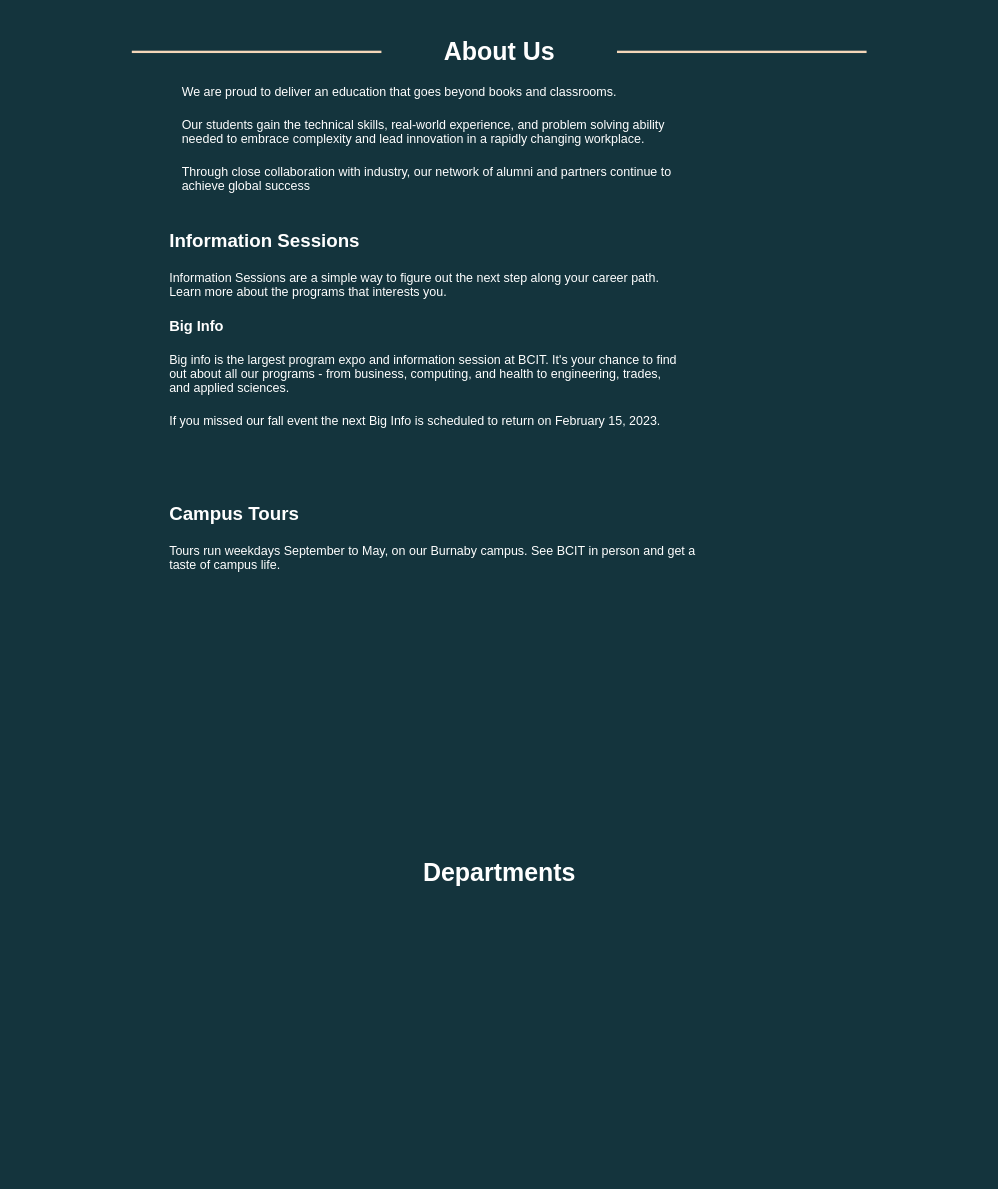
Repository: jennydmcm/assignment-1-playwright-site-A01338943
Page: /about
The author's editor kept a copy of each file at every save. The page is drawn from the files as they stood at one save, then again after the next save.
The browser window is 1280 px wide. The pictures show the whole page, at 78% of full size.
The project was rebuilt for these pictures with package versions that can differ from the ones it lists, and the page was loaded fresh each time. The framework's server and built-in components were replaced by stand-ins that run in the browser. Also part of the build but not shown: next.config.js.

Above is the page before, as saved 2023-02-08 13:45:52.

After the next save:
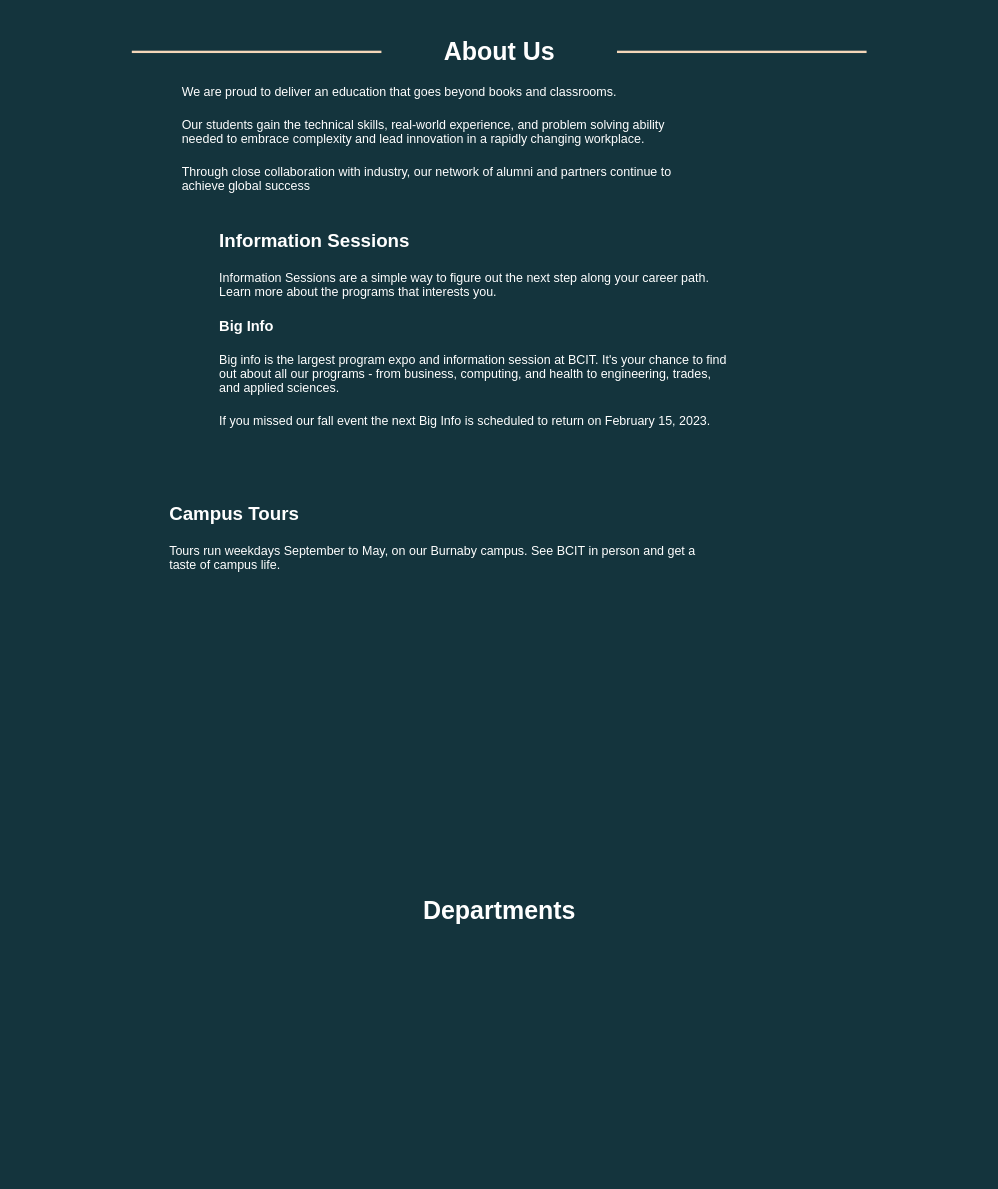
Saved 72 s later.
--- a/pages/about.js
+++ b/pages/about.js
@@ -44,26 +44,27 @@ export default function Home() {
                 and partners continue to <br></br>
                 achieve global success
               </p>
-            </div>
-            <div className={styles.infosesh}>
-              <h2>Information Sessions</h2>
-              <p className={styles.mainText}>
-                Information Sessions are a simple way to figure out the next
-                step along your career path. <br></br>
-                Learn more about the programs that interests you.
-              </p>
-              <h3 className={styles.bigInfo}>Big Info</h3>
-              <p className={styles.mainText}>
-                Big info is the largest program expo and information session at
-                BCIT. It's your chance to find<br></br>
-                out about all our programs - from business, computing, and
-                health to engineering, trades,<br></br>
-                and applied sciences.
-              </p>
-              <p className={styles.mainText}>
-                If you missed our fall event the next Big Info is scheduled to
-                return on February 15, 2023.
-              </p>
+
+              <div className={styles.infosesh}>
+                <h2>Information Sessions</h2>
+                <p className={styles.mainText}>
+                  Information Sessions are a simple way to figure out the next
+                  step along your career path. <br></br>
+                  Learn more about the programs that interests you.
+                </p>
+                <h3 className={styles.bigInfo}>Big Info</h3>
+                <p className={styles.mainText}>
+                  Big info is the largest program expo and information session
+                  at BCIT. It's your chance to find<br></br>
+                  out about all our programs - from business, computing, and
+                  health to engineering, trades,<br></br>
+                  and applied sciences.
+                </p>
+                <p className={styles.mainText}>
+                  If you missed our fall event the next Big Info is scheduled to
+                  return on February 15, 2023.
+                </p>
+              </div>
             </div>
 
             <div className={styles.tours}>
@@ -74,9 +75,9 @@ export default function Home() {
                 taste of campus life.
               </p>
             </div>
-            <div className={styles.dept}>
-              <h1>Departments</h1>
-            </div>
+          </div>
+          <div className={styles.dept}>
+            <h1>Departments</h1>
           </div>
         </header>
         <a>
